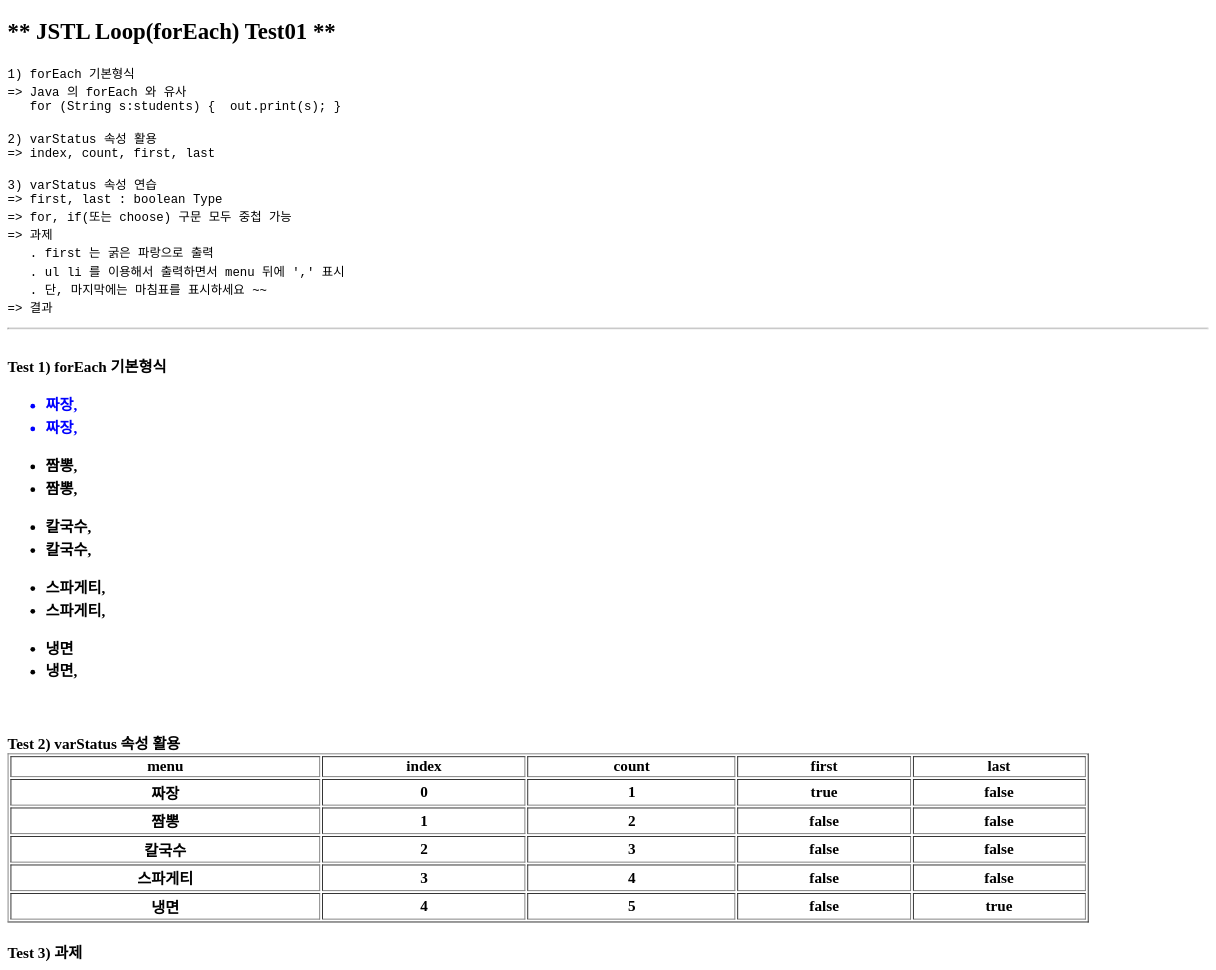
Repository: JYH94/JAVA
Page: http://localhost/web01/jsp03_jstl/ex03_for01.jsp
An editor plug-in stored every save of this project. The page is shown before and after the next save, followed by the edit.
The browser window is 1280 px wide. The pictures show the whole page, at 95% of full size.
The page is served by Tomcat 9.

Above is the page before, as saved 2024-01-16 08:28:47.

After the next save:
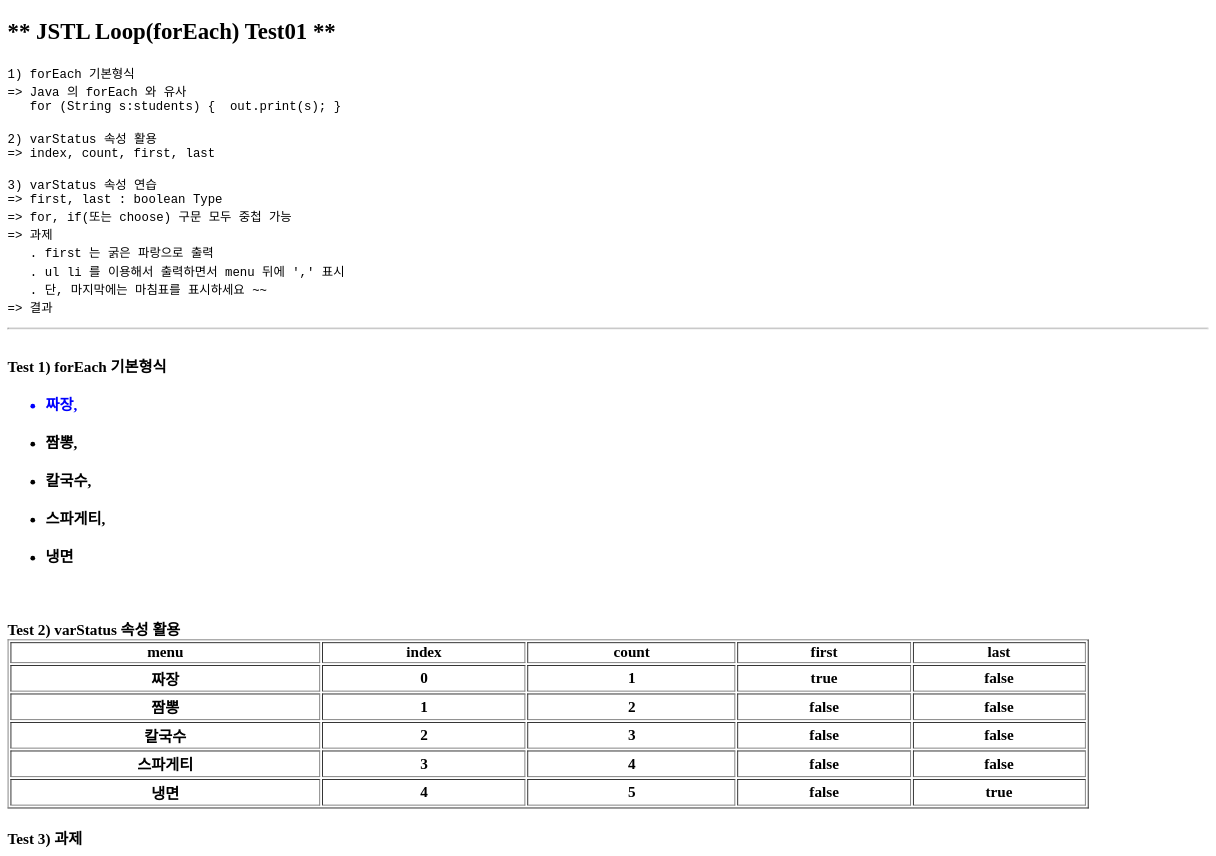
Saved 29 s later.
--- a/web01/src/main/webapp/jsp03_jstl/ex03_for01.jsp
+++ b/web01/src/main/webapp/jsp03_jstl/ex03_for01.jsp
@@ -48,7 +48,7 @@ pageContext.setAttribute("menuList", menu);
 		<c:if test="${m.last == true && m.first == false}">
 			<li>${menu}</li>
 		</c:if>
-
+		<%--
 		<c:choose>
 			<c:when test="${m.first == true}">
 				<li style=color:blue>${menu},</li>
@@ -61,7 +61,7 @@ pageContext.setAttribute("menuList", menu);
 			<c:otherwise>
 				<li>${menu}</li>
 			</c:otherwise>
-		</c:choose>
+		</c:choose> --%>
 
 
 
